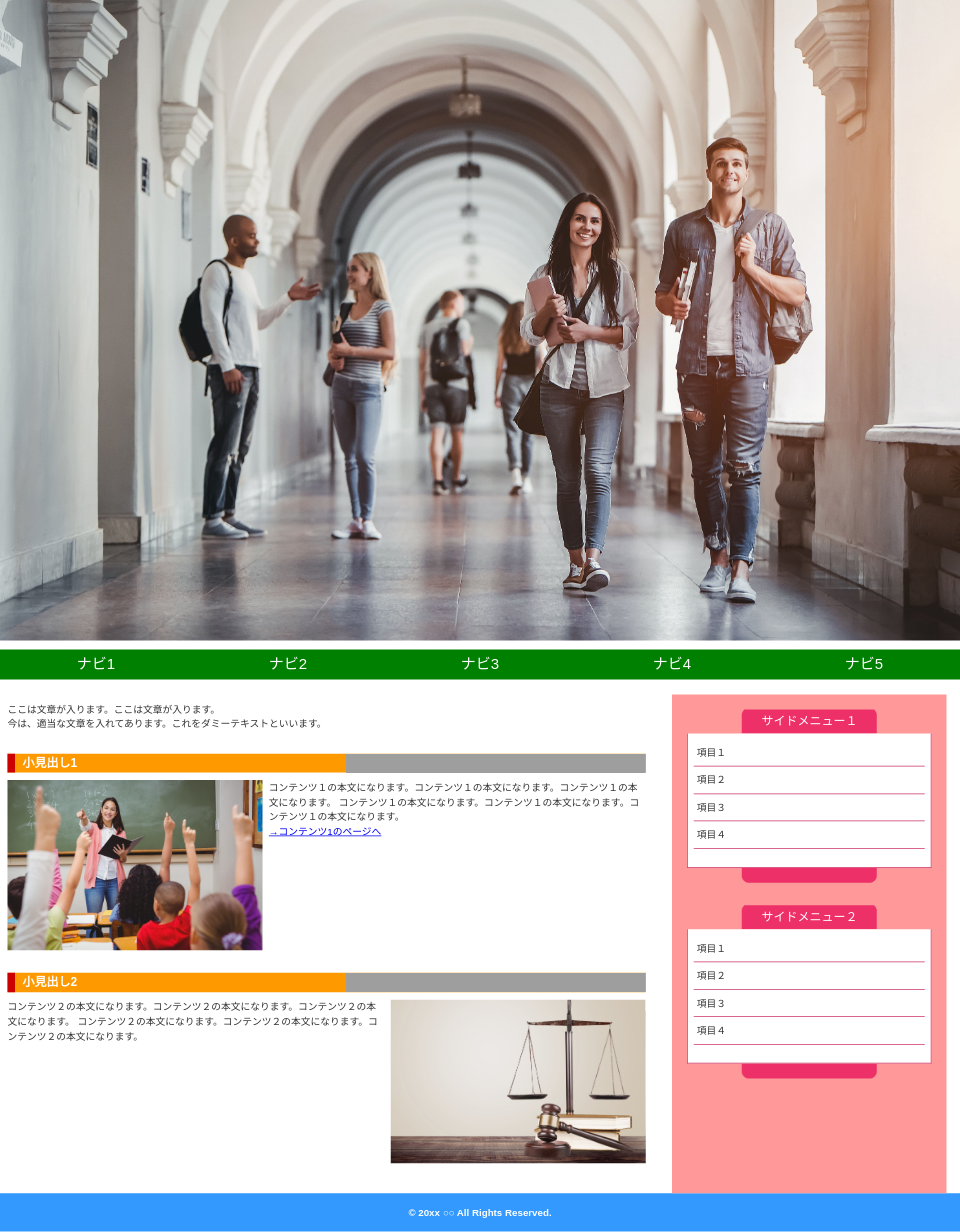
Repository: noritag/samurai_HTML-CSS
Page: home.html
The author's editor kept a record of every edit. The page is drawn from the files as they stood at one moment, then again after the next edit.
The browser window is 1280 px wide. The pictures show the whole page, at 75% of full size.
Pictures or frames that could not be fetched are drawn as grey boxes.

Above is the page before.

After the next edit:
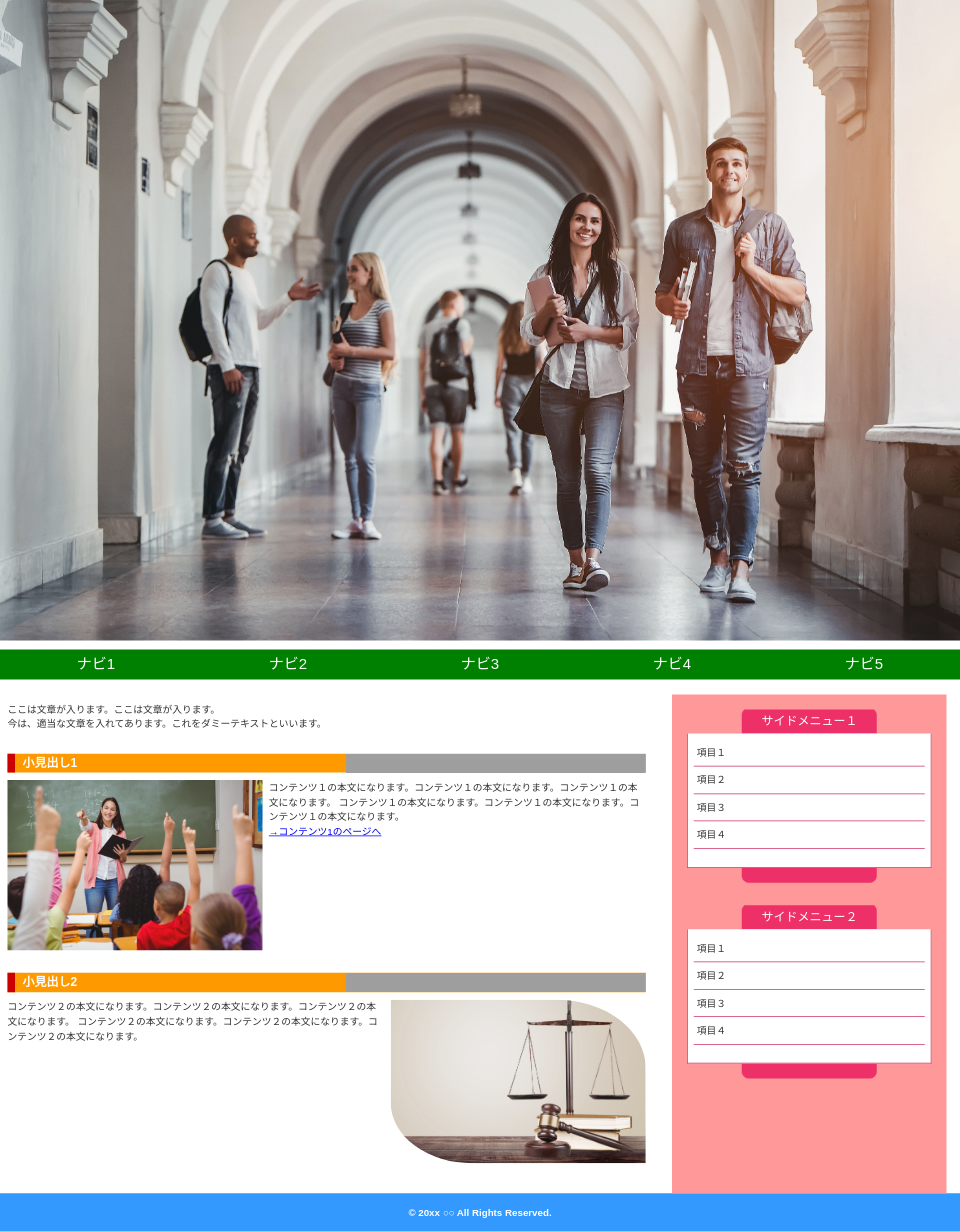
The edit:
--- a/stylesheet.css
+++ b/stylesheet.css
@@ -112,6 +112,7 @@
 
 #main .post img.right {
     margin: 0 0 0 8px;
+    border-radius: 0% 35% 0% 32% / 10% 42% 10% 37%
 }
 #main .post img.left {
     margin: 0 8px 0 0;
